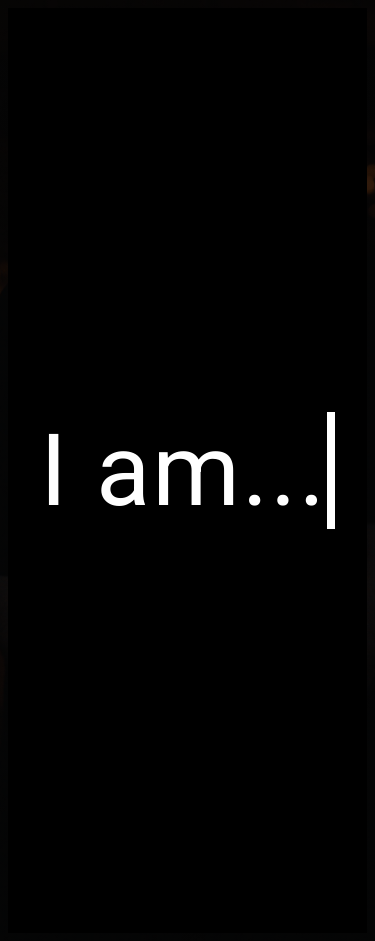
Repository: meywenz/mysite
Page: index.html
An editor plug-in stored every save of this project. The page is shown before and after the next save, followed by the edit.
The browser window is 375 px wide. The pictures show the whole page.

Above is the page before, as saved 2021-04-11 15:10:43.

After the next save:
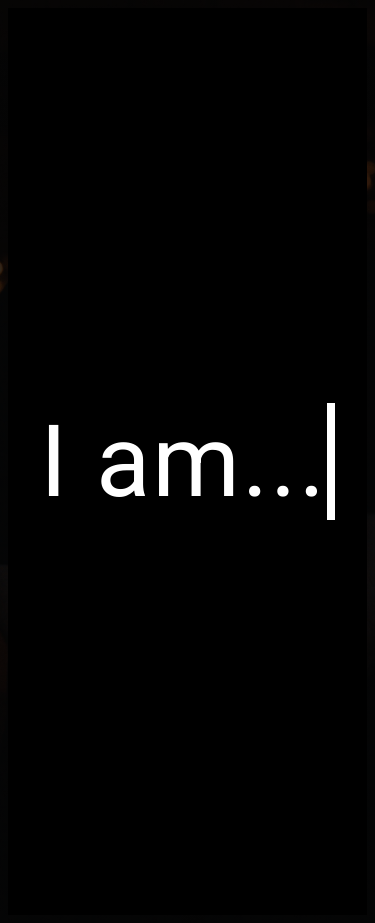
Saved 2 min 32 s later.
--- a/styles.css
+++ b/styles.css
@@ -364,4 +364,7 @@
   .logo-top {
     max-width: 75%;
   }
-}
+  .links {
+    width: 75%;
+  }
+}
